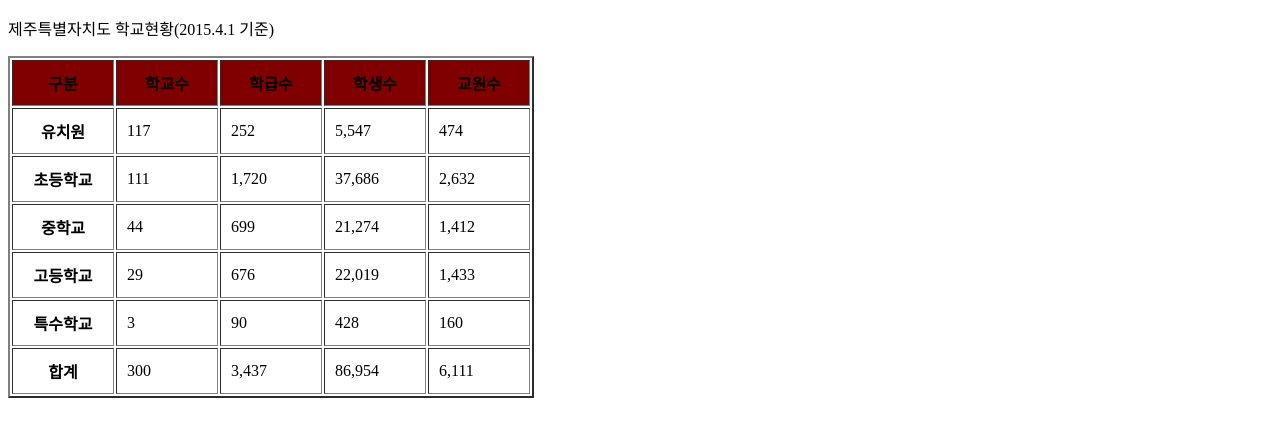
Repository: seulhwangbo/SeulJSP
Page: jspSrc17/webStandard01/src/main/webapp/02/table06.html
The author's editor kept a copy of each file at every save. The page is drawn from the files as they stood at one save, then again after the next save.
The browser window is 1280 px wide. The pictures show the whole page.

Above is the page before, as saved 2024-06-13 06:48:26.

After the next save:
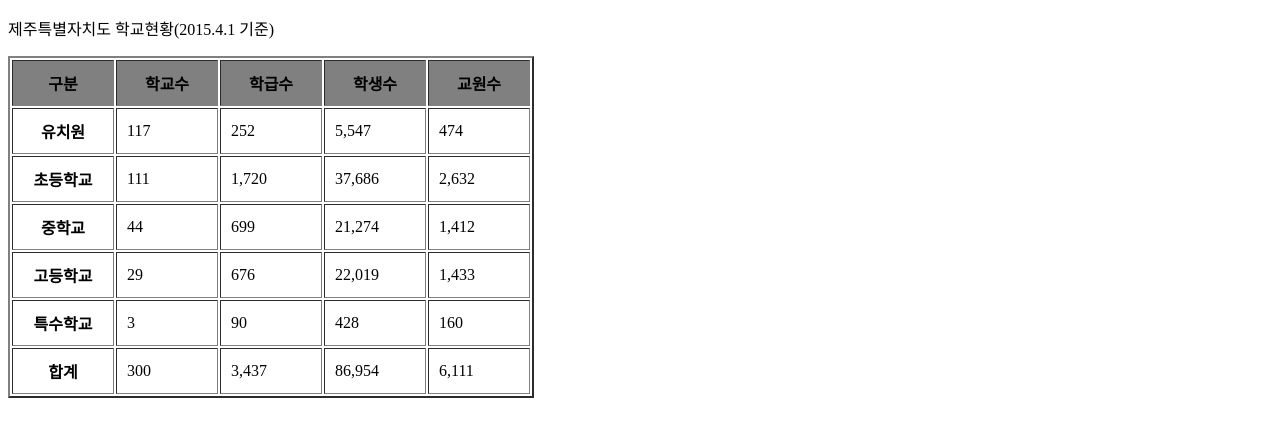
Saved 12 s later.
--- a/jspSrc17/webStandard01/src/main/webapp/02/table06.html
+++ b/jspSrc17/webStandard01/src/main/webapp/02/table06.html
@@ -14,7 +14,7 @@ td {
 }
 
 thead {
-	background-color: maroon;
+	background-color: gray;
 }
 </style>
 <title>Insert title here</title>
